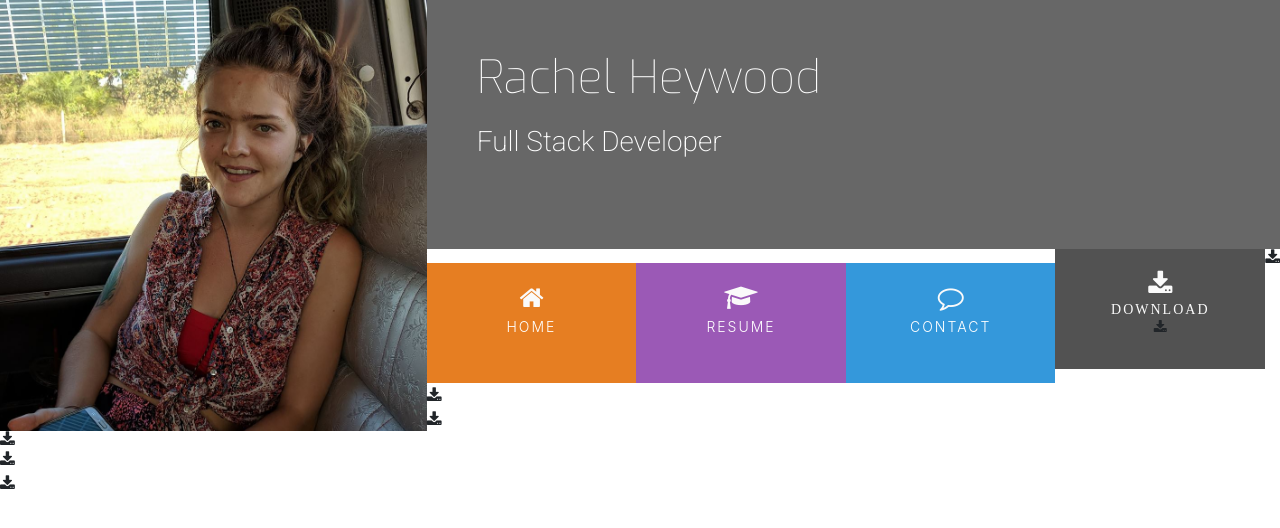
Repository: Heywood93/resume
Page: index.html
The author's editor kept a record of every edit. The page is drawn from the files as they stood at one moment, then again after the next edit.
The browser window is 1280 px wide. The pictures show the whole page.

Above is the page before.

After the next edit:
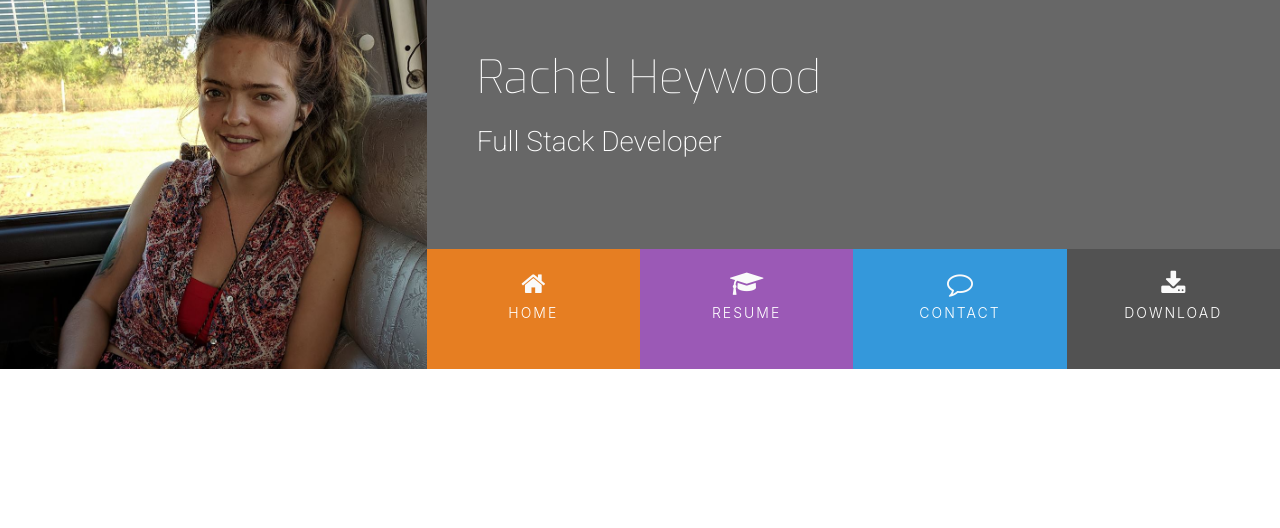
The edit:
--- a/index.html
+++ b/index.html
@@ -35,7 +35,7 @@
                                 <a href="#"><i class="fa fa-comment-o" aria-hidden="true"></i><span>Contact</span></a>
                             </li>
                             <li class="col-6 col-sm-3 ui-menu-color-download list-inline-item menuitem">
-                                <a href="#"><i class="fa fa-download" aria-hidden="true"></span><span>Download</span></a>
+                                <a href="#"><i class="fa fa-download" aria-hidden="true"></i><span>Download</span></a>
                             </li>
                         </ul>
                     </div>
